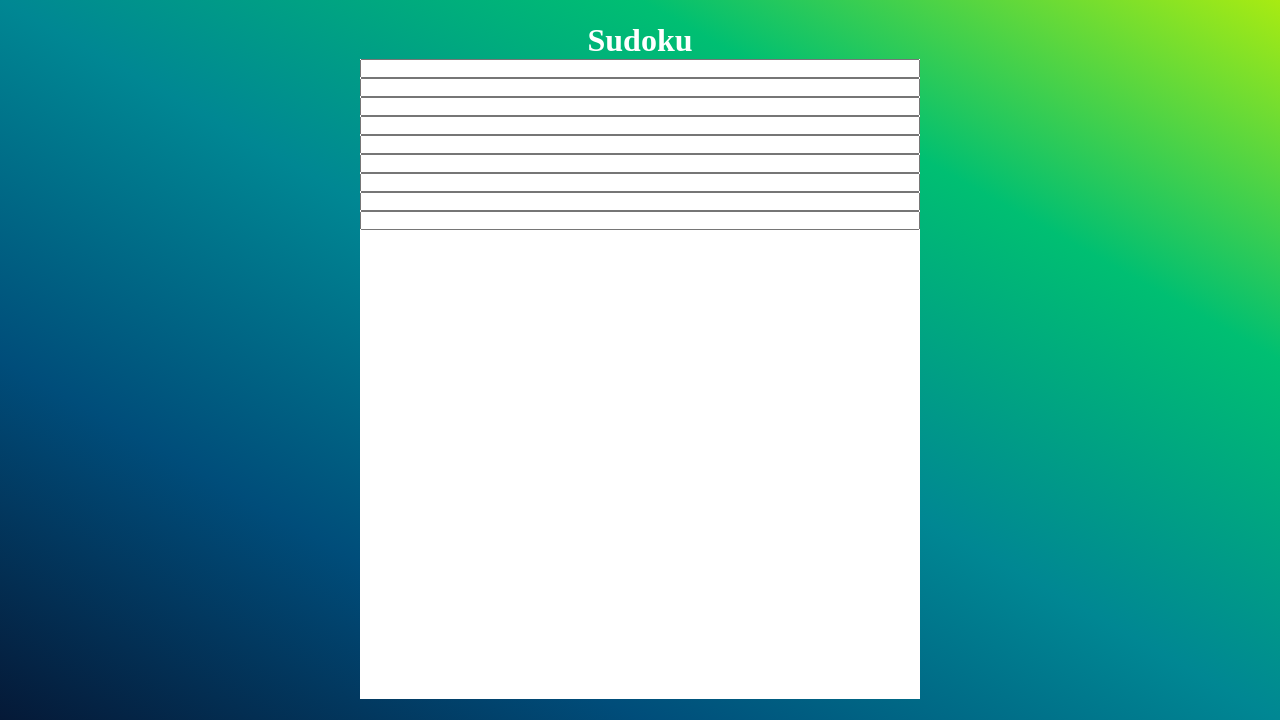
Repository: pattypetrikova/sudoku
Page: index.html
An editor plug-in stored every save of this project. The page is shown before and after the next save, followed by the edit.
The browser window is 1280 px wide. The pictures show the whole page.
Some web fonts or font styles are not loaded; a fallback is used.

Above is the page before, as saved 2022-12-30 10:20:18.

### index.html
<!DOCTYPE html>
<html lang="en">
<head>
    <meta charset="UTF-8">
    <meta http-equiv="X-UA-Compatible" content="IE=edge">
    <meta name="viewport" content="width=device-width, initial-scale=1.0">
    <link rel="stylesheet" href="./assets/style.css">
    <link rel="preconnect" href="https://fonts.googleapis.com">
    <link rel="preconnect" href="https://fonts.gstatic.com" crossorigin>
    <link href="https://fonts.googleapis.com/css2?family=Montserrat:ital,wght@0,700;1,400&display=swap" rel="stylesheet">
    <title>Sudoku</title>
</head>
<body>
    <main class="background">
        <h1 class="title">Sudoku</h1>
        <div class="game">
            <div class="head">
                <div class="buttons"></div>
            </div>
            <div>
                <form class="gameboard" action="">
                    <input class="number" type="text">
                    <input class="number" type="text">
                    <input class="number" type="text">
                    <input class="number" type="text">
                    <input class="number" type="text">
                    <input class="number" type="text">
                    <input class="number" type="text">
                    <input class="number" type="text">
                    <input class="number" type="text">
                </form>
            </div>
            <div class="footer">
                <div class="footer-buttons">

                </div>
            </div>
        </div>
    </main>
</body>
</html>

### assets/style.css
/* simple reset */
* {
    margin: 0;
    padding: 0;
    box-sizing: border-box;
}

/* general styles */
.game {
    font-family: 'Montserrat', sans-serif;
    color: white;
}

/* project styles */

.background {
    background-image: linear-gradient(to right top, #051937, #004d7a, #008793, #00bf72, #a8eb12);
    height: 100vh;
    display: flex;
    align-items: center;
    justify-content: center;
    flex-direction: column;
}


.game {
    background-color: white;
    min-width: 35em;
    min-height: 40em;
}

.title {
    color: white;
}

.gameboard {
    display: grid;

}

After the next save:
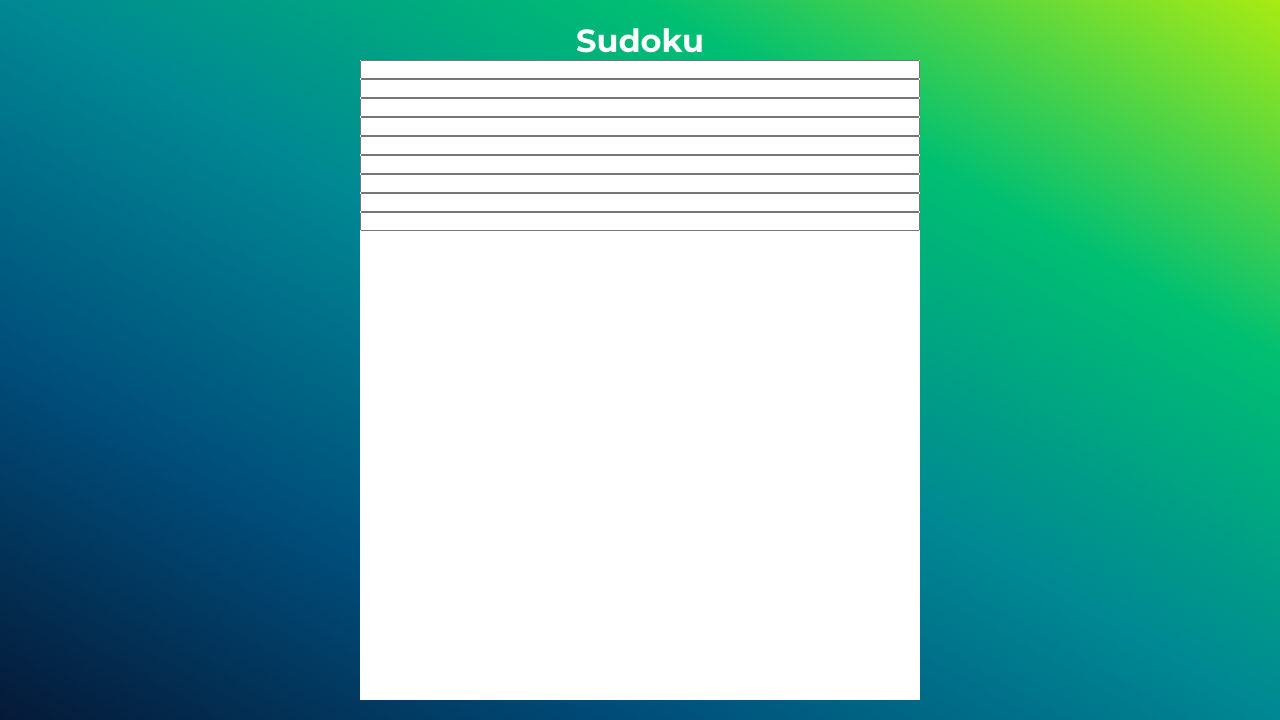
Saved 18 s later.
--- a/assets/style.css
+++ b/assets/style.css
@@ -6,7 +6,7 @@
 }
 
 /* general styles */
-.game {
+.background {
     font-family: 'Montserrat', sans-serif;
     color: white;
 }

After the 2 saves that followed:
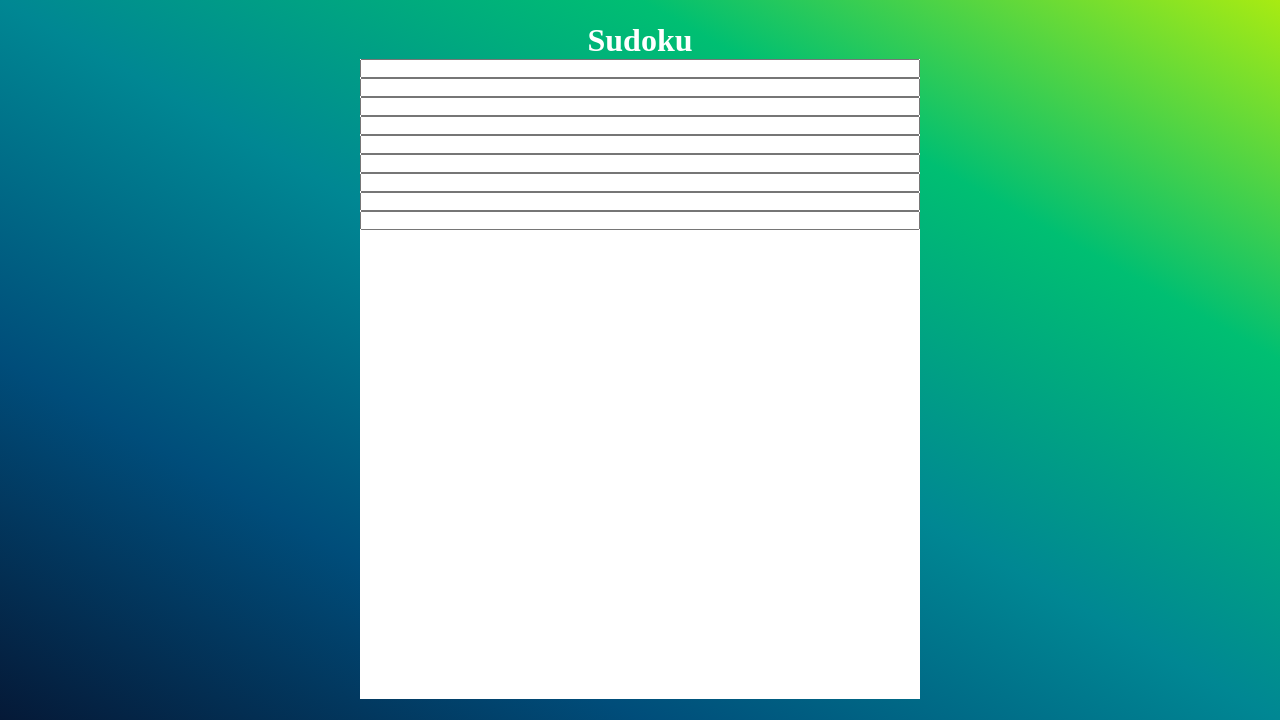
The 2 saves are shown as one change because 1 left the picture as it was.
The last was saved 4 min 40 s later.
--- a/index.html
+++ b/index.html
@@ -7,7 +7,7 @@
     <link rel="stylesheet" href="./assets/style.css">
     <link rel="preconnect" href="https://fonts.googleapis.com">
     <link rel="preconnect" href="https://fonts.gstatic.com" crossorigin>
-    <link href="https://fonts.googleapis.com/css2?family=Montserrat:ital,wght@0,700;1,400&display=swap" rel="stylesheet">
+    <link href="https://fonts.googleapis.com/css2?family=Erica+One&family=Montserrat:ital,wght@0,700;1,400&display=swap" rel="stylesheet">
     <title>Sudoku</title>
 </head>
 <body>
--- a/assets/style.css
+++ b/assets/style.css
@@ -30,6 +30,7 @@
 }
 
 .title {
+    font-family: 'Erica One', cursive;
     color: white;
 }
 
